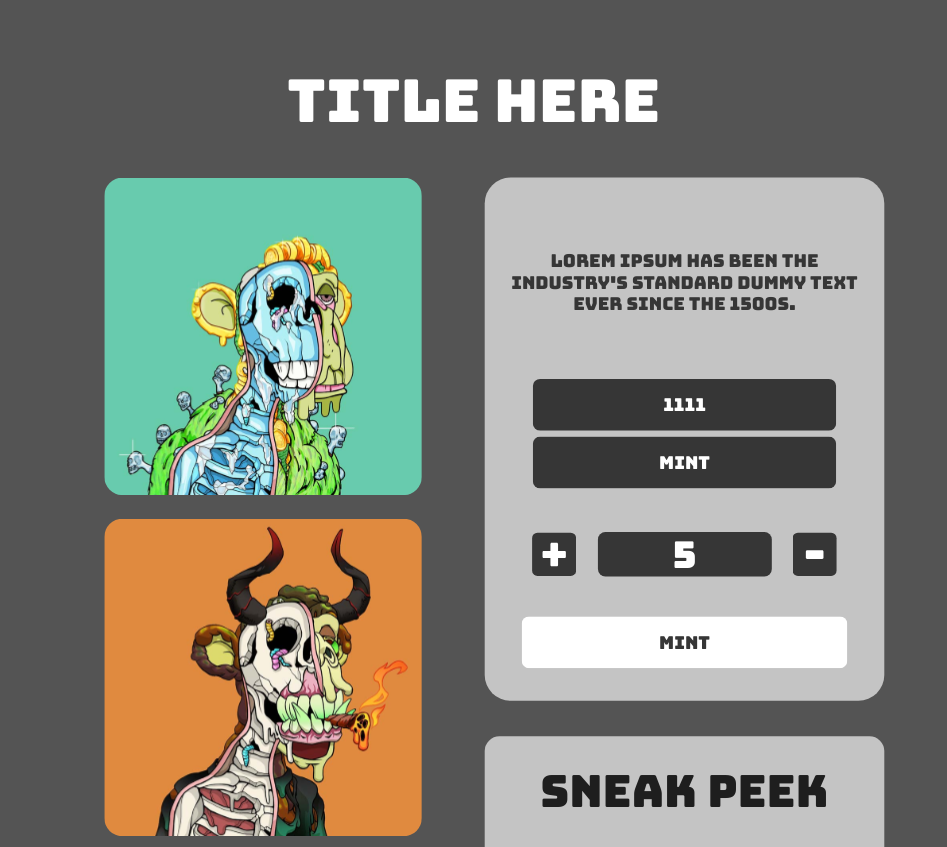
Repository: danishmahmoodawan/Sneak_peak
Page: /
The author's editor kept a copy of each file at every save. The page is drawn from the files as they stood at one save, then again after the next save.
The browser window is 1280 px wide. The pictures show the whole page, at 74% of full size.
The project was rebuilt for these pictures with package versions that can differ from the ones it lists, and the page was loaded fresh each time.

Above is the page before, as saved 2022-02-04 15:44:12.

After the next save:
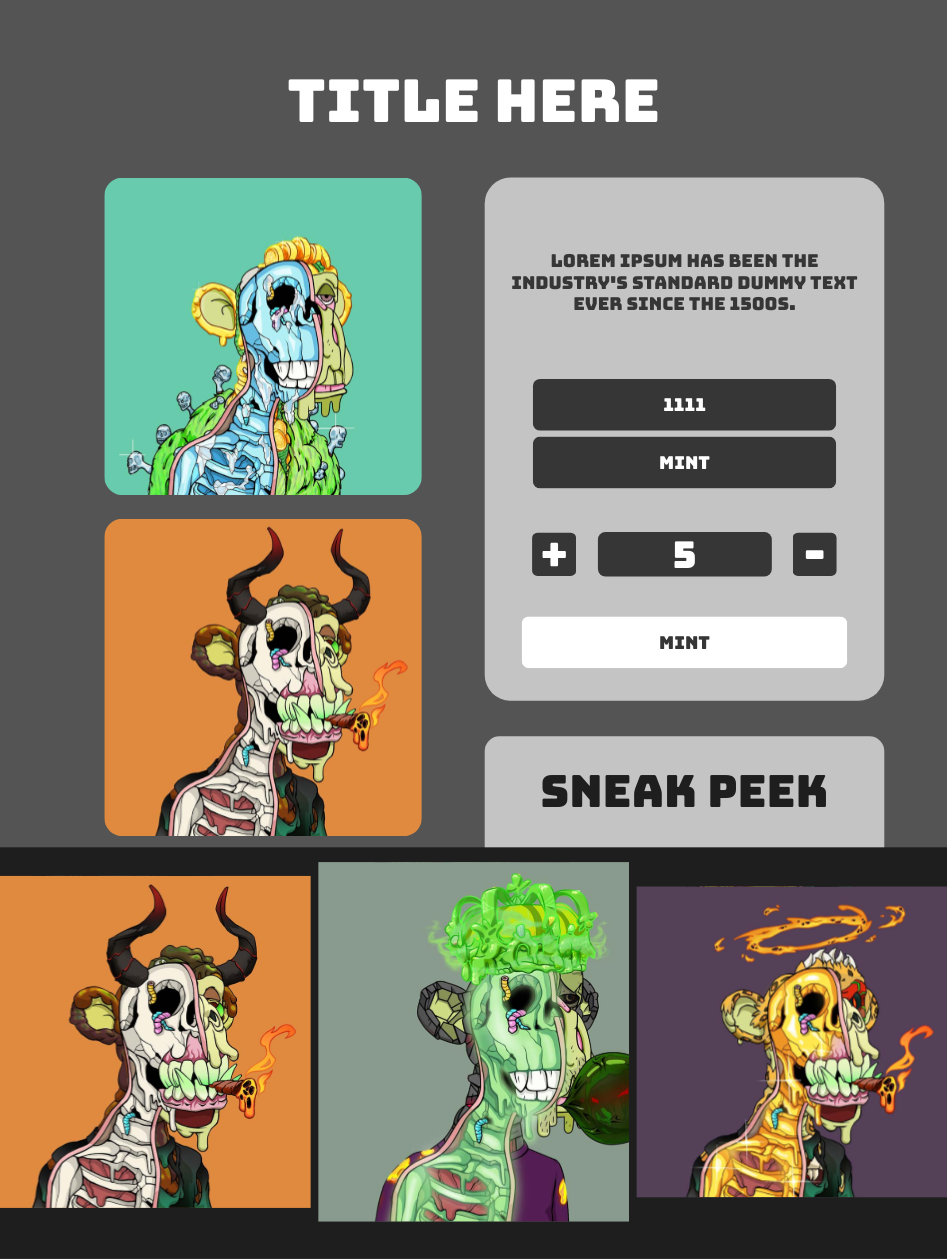
Saved 28 s later.
--- a/src/pages/Home.js
+++ b/src/pages/Home.js
@@ -52,6 +52,15 @@
 				</div>
 				</section>
 
+	<section class="second_section">
+					<div class="container-fluid">
+							<div class="col_img ">
+								<img src="assets/images/image_bg_1.svg" alt="featured image" />
+								<img class="ml-2 mr-2" src="assets/images/image_bg_2.svg" alt="featured image" />
+								<img src="assets/images/image_bg_3.svg" alt=" featured image" />
+							</div>
+						</div>
+							</section>
 
 
    	</>
